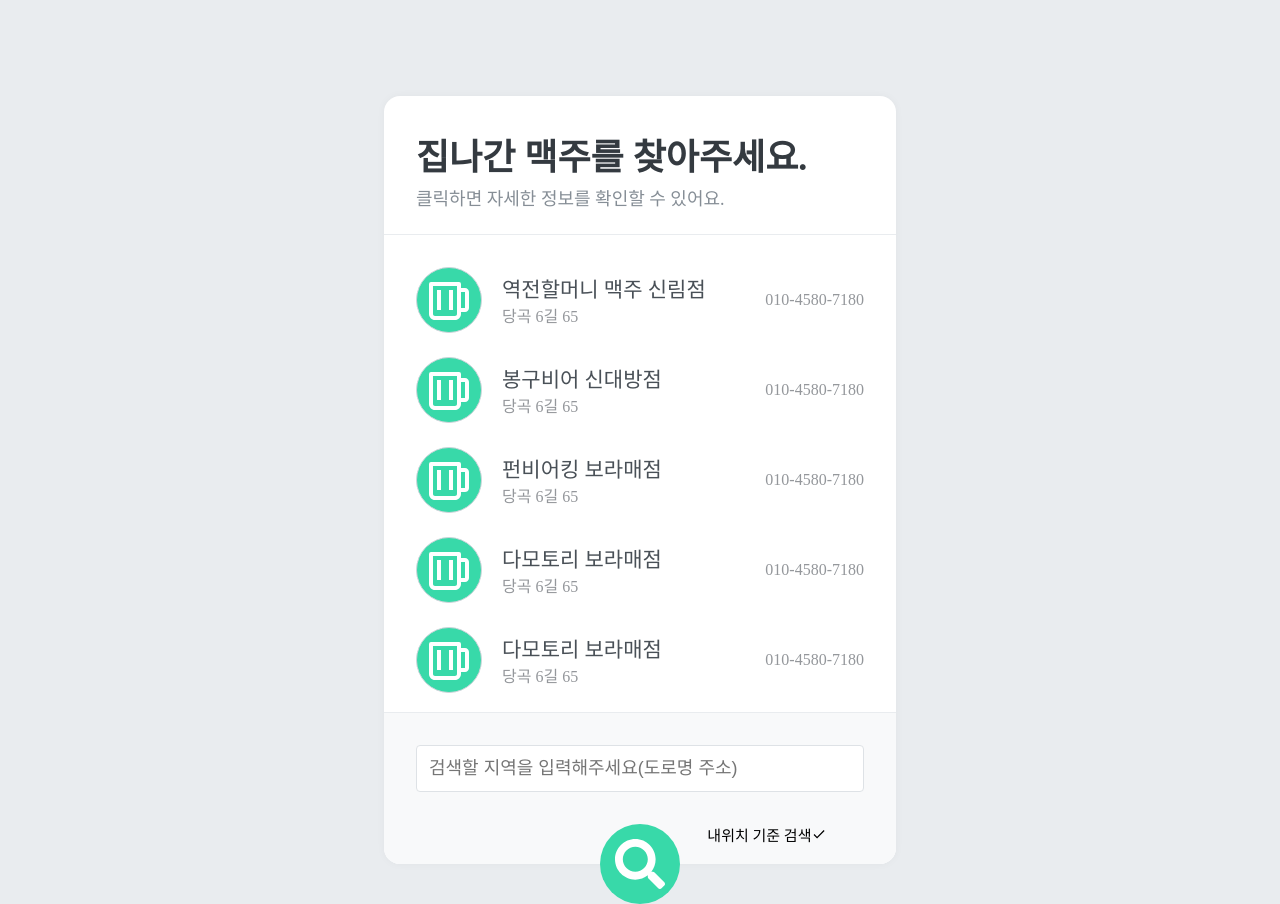
Repository: THE-SOPT-WEB/kimNamjun
Page: / (app in week4/bring-my-beer/)
These files come from the project's save history. The page is drawn as it stood at one moment and after the next save; the edit follows.
The browser window is 1280 px wide. The pictures show the whole page.
An inner scrolling area shows only its first screen. The project was rebuilt for these pictures with package versions that can differ from the ones it lists, and the page was loaded fresh each time.

Above is the page before, as saved 2022-05-13 02:10:27.

### week4/bring-my-beer/public/index.html
<!DOCTYPE html>
<html lang="en">
  <head>
    <meta charset="utf-8" />
    <link rel="icon" href="%PUBLIC_URL%/favicon.ico" />
    <meta name="viewport" content="width=device-width, initial-scale=1" />
    <meta name="theme-color" content="#000000" />
    <meta
      name="description"
      content="Web site created using create-react-app"
    />
    <link rel="apple-touch-icon" href="%PUBLIC_URL%/logo192.png" />
    <!--
      manifest.json provides metadata used when your web app is installed on a
      user's mobile device or desktop. See https://developers.google.com/web/fundamentals/web-app-manifest/
    -->
    <link rel="manifest" href="%PUBLIC_URL%/manifest.json" />
    <!--
      Notice the use of %PUBLIC_URL% in the tags above.
      It will be replaced with the URL of the `public` folder during the build.
      Only files inside the `public` folder can be referenced from the HTML.

      Unlike "/favicon.ico" or "favicon.ico", "%PUBLIC_URL%/favicon.ico" will
      work correctly both with client-side routing and a non-root public URL.
      Learn how to configure a non-root public URL by running `npm run build`.
    -->
    <title>우리동네 맥주집</title>
  </head>
  <body>
    <noscript>You need to enable JavaScript to run this app.</noscript>
    <div id="root"></div>
    <!--
      This HTML file is a template.
      If you open it directly in the browser, you will see an empty page.

      You can add webfonts, meta tags, or analytics to this file.
      The build step will place the bundled scripts into the <body> tag.

      To begin the development, run `npm start` or `yarn start`.
      To create a production bundle, use `npm run build` or `yarn build`.
    -->
  </body>
</html>

### week4/bring-my-beer/src/App.js
import React from 'react';
import { createGlobalStyle } from 'styled-components';
import Template from './components/Template';
import Header from './components/Header';
import List from './components/List';
import Search from './components/Search';

const GlobalStyle = createGlobalStyle`
  body {
    background: #e9ecef;
  }
`;

function App() {
  return (
    <>
      <GlobalStyle />
      <Template>
        <Header />
        <List />
        <Search />
      </Template>
    </>
  );
}

export default App;

### week4/bring-my-beer/src/components/Template.jsx
import React from 'react';
import styled from 'styled-components';

const TemplateBlock = styled.div`
  width: 512px;
  height: 768px;

  position: relative;
  background: white;
  border-radius: 16px;
  box-shadow: 0 0 8px 0 rgba(0, 0, 0, 0.04);

  margin: 0 auto;

  margin-top: 96px;
  margin-bottom: 32px;
  display: flex;
  flex-direction: column;
`;

function Template({ children }) {
  return <TemplateBlock>{children}</TemplateBlock>;
}

export default Template;

### week4/bring-my-beer/src/components/Header.jsx
import React from 'react';
import styled from 'styled-components';

const HeaderBlock = styled.div`
  padding: 32px 32px 24px 32px;
  border-bottom: 1px solid #e9ecef;
  h1 {
    margin: 0;
    font-size: 36px;
    color: #343a40;
  }
  .tip {
    margin-top: 4px;
    color: #868e96;
    font-size: 18px;
  }
`;

function Header() {
  return (
    <HeaderBlock>
      <h1>집나간 맥주를 찾아주세요. </h1>
      <div className="tip">클릭하면 자세한 정보를 확인할 수 있어요.</div>
    </HeaderBlock>
  );
}

export default Header;

### week4/bring-my-beer/src/components/List.jsx
import React from 'react';
import axios from "axios";
import Skeleton, { SkeletonTheme } from 'react-loading-skeleton'
import styled from 'styled-components';
import Item from './Item';

const ListBlock = styled.div`
  flex: 1;
  padding: 20px 32px;
  padding-bottom: 48px;
  overflow-y: auto;
`;

function List() {
  return (
    <ListBlock>
      <Item title="역전할머니 맥주 신림점" adress='당곡 6길 65' contact='010-4580-7180'/>
      <Item title="봉구비어 신대방점" adress='당곡 6길 65' contact='010-4580-7180'/>
      <Item title="펀비어킹 보라매점" adress='당곡 6길 65' contact='010-4580-7180'/>
      <Item title="다모토리 보라매점" adress='당곡 6길 65' contact='010-4580-7180'/>
      <Item title="다모토리 보라매점" adress='당곡 6길 65' contact='010-4580-7180'/>
      <Item title="다모토리 보라매점" adress='당곡 6길 65' contact='010-4580-7180'/>
      <Item title="다모토리 보라매점" adress='당곡 6길 65' contact='010-4580-7180'/>
      <Item title="다모토리 보라매점" adress='당곡 6길 65' contact='010-4580-7180'/>
      <Item title="다모토리 보라매점" adress='당곡 6길 65' contact='010-4580-7180'/>
      <Item title="다모토리 보라매점" adress='당곡 6길 65' contact='010-4580-7180'/>
      <Item title="다모토리 보라매점" adress='당곡 6길 65' contact='010-4580-7180'/>
      <Item title="다모토리 보라매점" adress='당곡 6길 65' contact='010-4580-7180'/>
      <Item title="다모토리 보라매점" adress='당곡 6길 65' contact='010-4580-7180'/>
      <Item title="다모토리 보라매점" adress='당곡 6길 65' contact='010-4580-7180'/>
      <Item title="다모토리 보라매점" adress='당곡 6길 65' contact='010-4580-7180'/>
      <Item title="다모토리 보라매점" adress='당곡 6길 65' contact='010-4580-7180'/>
    </ListBlock>
  );
}

export default List;

### week4/bring-my-beer/src/components/Search.jsx
import React from 'react';
import styled from 'styled-components';
import { FaSearch } from 'react-icons/fa';
import { MdDone } from 'react-icons/md';

const CircleButton = styled.button`
  background: #38d9a9;
  &:hover {
    background: #63e6be;
  }
  &:active {
    background: #20c997;
  }

  cursor: pointer;
  width: 80px;
  height: 80px;
  display: block;
  align-items: center;
  justify-content: center;
  font-size: 50px;
  position: absolute;
  left: 50%;
  bottom: 0px;
  transform: translate(-50%, 50%);
  color: white;
  border-radius: 50%;
  border: none;
  outline: none;
  display: flex;
  align-items: center;
  justify-content: center;
  transition: 0.125s all ease-in;

`;

const InsertFormPositioner = styled.div`
  width: 100%;
  bottom: 0;
  left: 0;
  position: absolute;
`;

const InsertForm = styled.form`
  background: #f8f9fa;
  padding: 32px 32px 72px 32px;
  border-bottom-left-radius: 16px;
  border-bottom-right-radius: 16px;
  border-top: 1px solid #e9ecef;
`;

const Input = styled.input`
  padding: 12px;
  border-radius: 4px;
  border: 1px solid #dee2e6;
  width: 100%;
  outline: none;
  font-size: 18px;
  box-sizing: border-box;
`;

const CheckBox = styled.div`
  display: block;
  align-items: center;
  justify-content: center;
  font-size: 15px;
  position: absolute;
  right: 10px;
  bottom: 30px;
  transform: translate(-50%, 50%);
  border-radius: 50%;
  border: none;
  outline: none;
  display: flex;
  align-items: center;
  justify-content: center;
  transition: 0.125s all ease-in;

`

function Search() {

  return (
    <>
        <InsertFormPositioner>
          <InsertForm>
            <Input autoFocus placeholder="검색할 지역을 입력해주세요(도로명 주소)" disabled='' />
          </InsertForm>
        </InsertFormPositioner>
      <CircleButton>
        <FaSearch/>
      </CircleButton>
      <CheckBox>
        <p> 내위치 기준 검색 </p>
        <MdDone/>
      </CheckBox>

    </>
  );
}

export default Search;

### week4/bring-my-beer/src/components/Item.jsx
import React from 'react';
import styled  from 'styled-components';
import { BiBeer } from 'react-icons/bi';

const Remove = styled.div`
  display: flex;
  align-items: center;
  justify-content: center;
  color: #dee2e6;
  font-size: 24px;
  cursor: pointer;
`;

const ItemBlock = styled.div`
  display: flex;
  align-items: center;
  padding-top: 12px;
  padding-bottom: 12px;
`;

const Icon = styled.div`
  width: 64px;
  height: 64px;
  border-radius: 50px;
  border: 1px solid #ced4da;
  font-size: 48px;
  display: flex;
  align-items: center;
  justify-content: center;
  margin-right: 20px;
  cursor: pointer;
  background-color: #38d9a9;
  color: #fff;
`;

const Title = styled.div`
  flex: 1;
  font-size: 21px;
  color: #495057;
`;

const Adress = styled.div`
  font-size: 16px;
  color: #94979b;
`

const  Contact = styled.div`
  font-size: 16px;
  color: #94979b;
`

function Item({ title,adress,contact }) {
  return (
    <ItemBlock>
      <Icon >
        <BiBeer />
      </Icon>
      <Title >{title}
        <Adress>{adress}</Adress>
      </Title>
      <Contact>{contact}</Contact>
    </ItemBlock>
  );
}

export default Item;

Loaded but not shown: week4/bring-my-beer/src/index.js (common file)

After the next save:
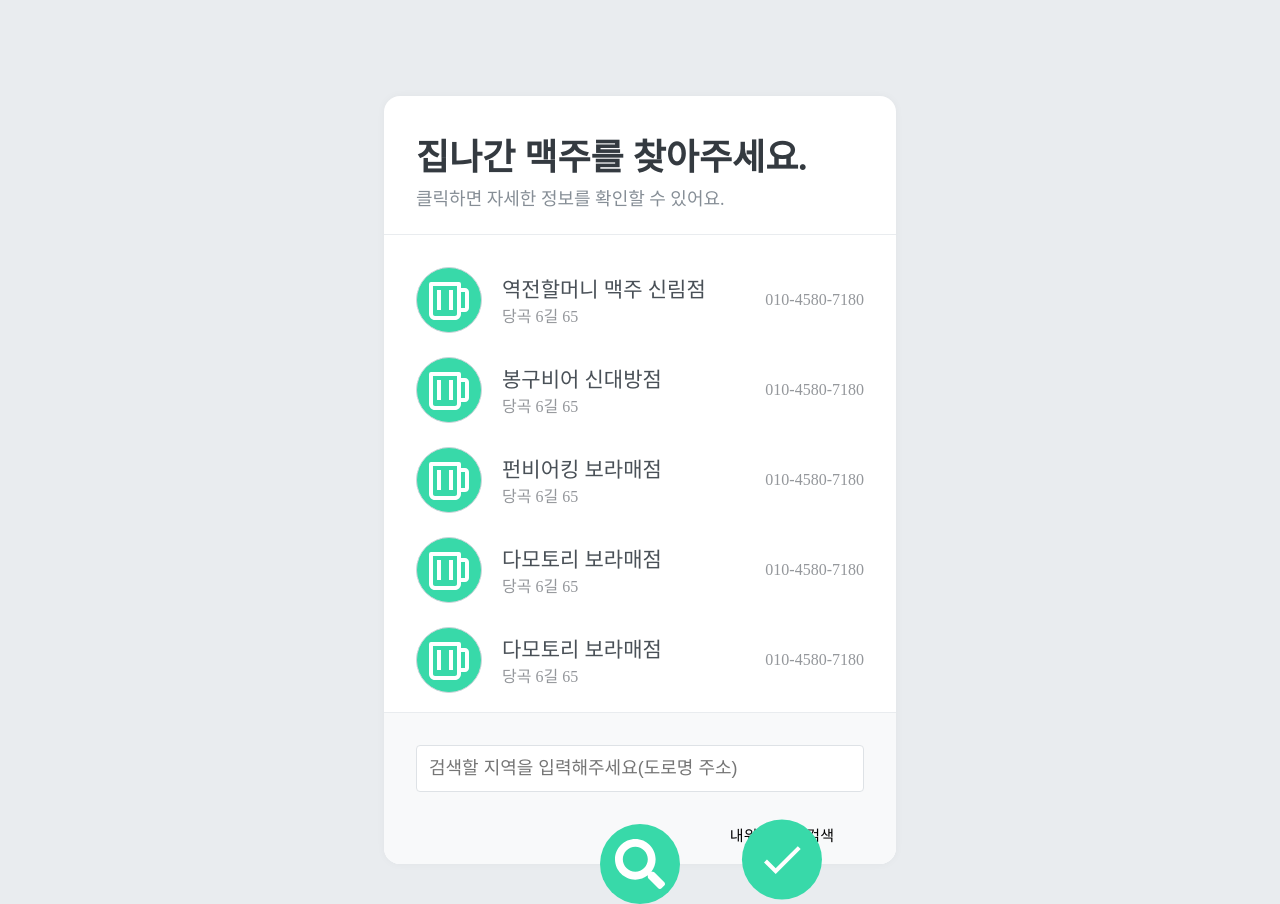
Saved 37 s later.
--- a/week4/bring-my-beer/src/components/Search.jsx
+++ b/week4/bring-my-beer/src/components/Search.jsx
@@ -92,7 +92,9 @@
       </CircleButton>
       <CheckBox>
         <p> 내위치 기준 검색 </p>
-        <MdDone/>
+        <CircleButton>
+          <MdDone/>
+        </CircleButton>
       </CheckBox>
 
     </>

After the save that followed:
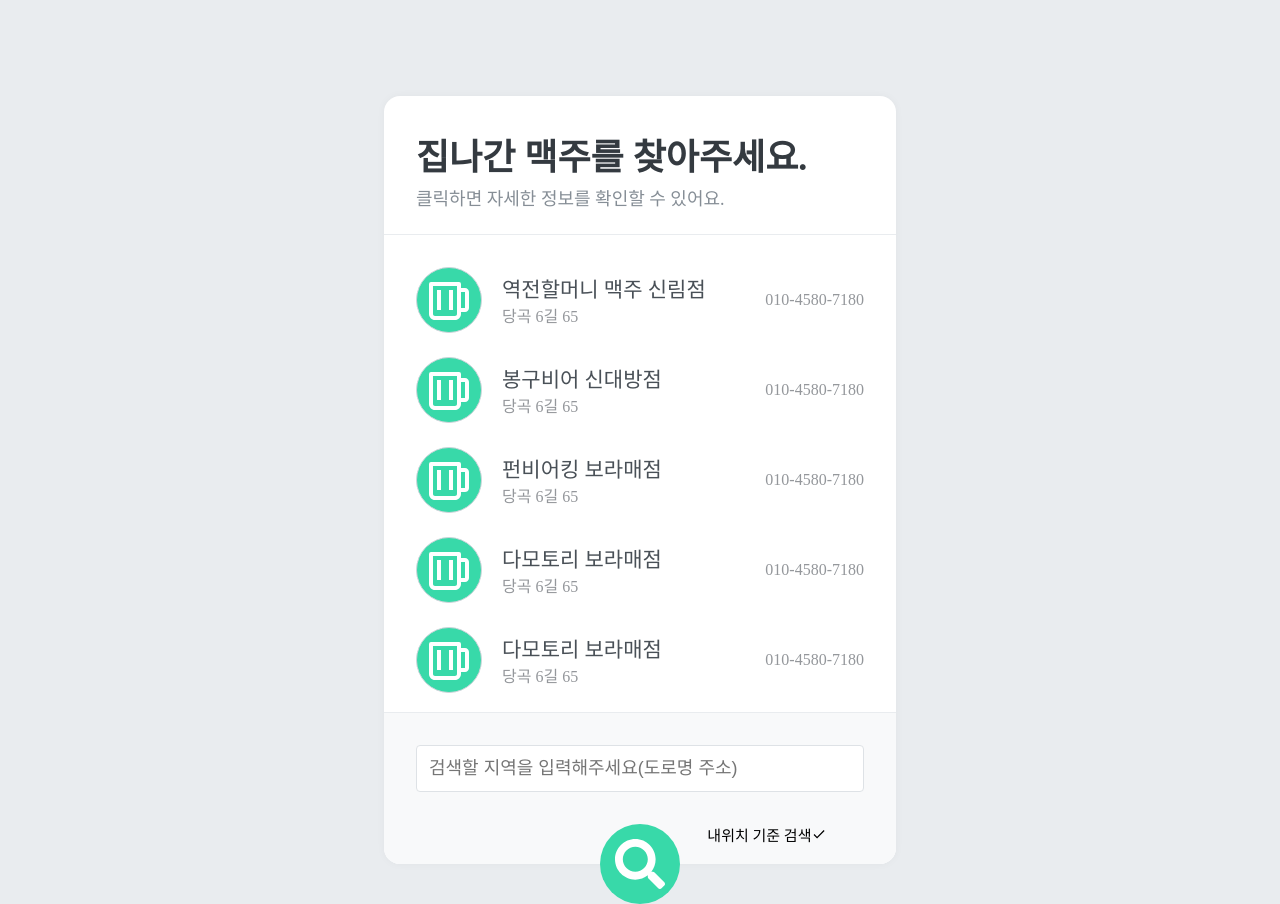
Saved 34 s later.
--- a/week4/bring-my-beer/src/components/Search.jsx
+++ b/week4/bring-my-beer/src/components/Search.jsx
@@ -92,9 +92,7 @@
       </CircleButton>
       <CheckBox>
         <p> 내위치 기준 검색 </p>
-        <CircleButton>
-          <MdDone/>
-        </CircleButton>
+        <MdDone/>
       </CheckBox>
 
     </>
